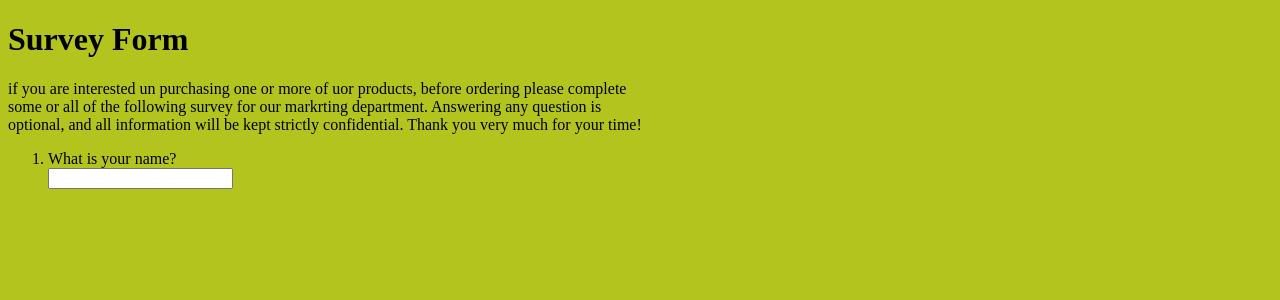
Repository: PhamChiXuan1/HTCNW_tuan3_DHCNTT16C_PhamChiXuan_20030131
Page: bt17.html
These files come from the project's save history. The page is drawn as it stood at one moment and after the next save; the edit follows.
The browser window is 1280 px wide. The pictures show the whole page.

Above is the page before, as saved 2022-02-27 21:59:10.

After the next save:
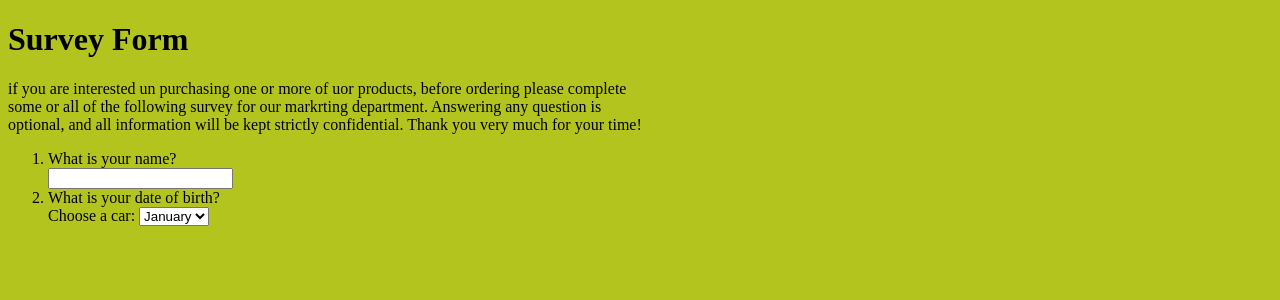
Saved 6 min 20 s later.
--- a/bt17.html
+++ b/bt17.html
@@ -14,6 +14,13 @@
         <form>
             <input type="text" id="fname" name="fname" value=""><br>
         </form>
+        <li>What is your date of birth?</li>
+        <form>
+            <label for="cars">Choose a car:</label>
+            <select id="cars" name="cars">
+              <option value="January">January</option>
+            </select>
+        </form>
     </ol>
 
 
